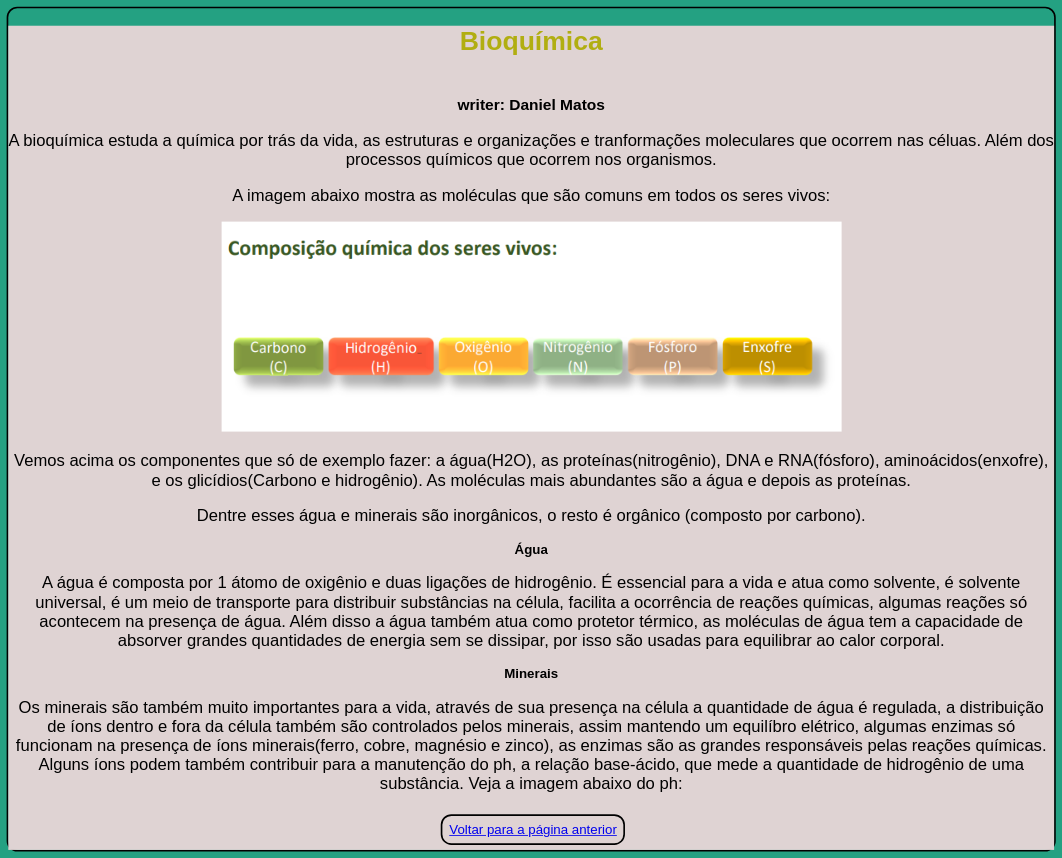
Repository: batmit/FutureFundation.github.io-1
Page: menu/articles/biologia/bioquimica.html
These files come from the project's save history. The page is drawn as it stood at one moment and after the next save; the edit follows.
The browser window is 1280 px wide. The pictures show the whole page, at 83% of full size.

Above is the page before, as saved 2021-09-22 18:06:45.

### menu/articles/biologia/bioquimica.html
<!DOCTYPE html>
<html lang="pt-BR">
<head>
    <meta charset="UTF-8">
    <meta http-equiv="X-UA-Compatible" content="IE=edge">
    <meta name="viewport" content="width=device-width, initial-scale=1.0">
    <title>Bioquímica</title>
    <link rel="stylesheet" href="/menu/main.css">
</head>
<body>
    <div id="all">
        <header>
            <h1>Bioquímica</h1>
            <h3>writer: Daniel Matos</h3>
        </header>
        <p>A bioquímica estuda a química por trás da vida, as estruturas e organizações e tranformações moleculares que ocorrem nas céluas. Além dos processos químicos que ocorrem nos organismos.</p>
        <p>A imagem abaixo mostra as moléculas que são comuns em todos os seres vivos: </p>

        <img src="/images/formação_seres_vivos.PNG" alt="Carbono, Hidrogênio, Oxigênio, Nitrogênio, Fósforo e Enxofre">

        <p>Vemos acima os componentes que só de exemplo fazer: a água(H2O), as proteínas(nitrogênio), DNA e RNA(fósforo), aminoácidos(enxofre), e os glicídios(Carbono e hidrogênio). As moléculas mais abundantes são a água e depois as proteínas. </p>

        <p>Dentre esses água e minerais são inorgânicos, o resto é orgânico (composto por carbono). </p>


        <strong>Água</strong>
        <p>A água é composta por 1 átomo de oxigênio e duas ligações de hidrogênio. É essencial para a vida e atua como solvente, é solvente universal, é um meio de transporte para distribuir substâncias na célula, facilita a ocorrência de reações químicas, algumas reações só acontecem na presença de água. Além disso a água também atua como protetor térmico, as moléculas de água tem a capacidade de absorver grandes quantidades de energia sem se dissipar, por isso são usadas para equilibrar ao calor corporal.</p>

        <strong>Minerais</strong>
        <p>Os minerais são também muito importantes para a vida, através de sua presença na célula a quantidade de água é regulada, a distribuição de íons dentro e fora da célula também são controlados pelos minerais, assim mantendo um equilíbro elétrico, algumas enzimas só funcionam na presença de íons minerais(ferro, cobre, magnésio e zinco), as enzimas são as grandes responsáveis pelas reações químicas. Alguns íons podem também contribuir para a manutenção do ph, a relação base-ácido, que mede a quantidade de hidrogênio de uma substância. Veja a imagem abaixo do ph:</p>
        <img src="" alt="">


        <a href="./biologia.html">Voltar para a página anterior</a>
    </div>
</body>
</html>

### menu/main.css
body{

    text-align: center;

    border: black 2px solid;

    border-radius: 0.8rem;

    font-family: 'Ubuntu', arial;

    background-color: rgb(36, 161, 130);


}

#articles {
    gap: 3px;
}

#all{

    background-color: rgb(223, 211, 211);

}


#codigo{
    text-align:left;

}


img{
    text-align: center;
    justify-content: center;

}

p{
    font-size: 20px;
    font-family: 'Ubuntu', arial;
}

a{
    border: 2px solid black;

    border-radius: 0.8rem;

    box-sizing: border-box;

    padding: 0.5rem;

    line-height:3rem;

    margin: 2px;


}

a:hover{

    background-color:#F0FFFF;

}

h1{

    margin-bottom: 3rem;

    color: rgb(177, 174, 17);

}

audio {
    -webkit-transition:all 0.5s linear;
    -moz-transition:all 0.5s linear;
    -o-transition:all 0.5s linear;
    transition:all 0.5s linear;
    -moz-box-shadow: 2px 2px 4px 0px #006773;
    -webkit-box-shadow:  2px 2px 4px 0px #006773;
    box-shadow: 2px 2px 4px 0px #006773;
    -moz-border-radius:7px 7px 7px 7px ;
    -webkit-border-radius:7px 7px 7px 7px ;
    border-radius:7px 7px 7px 7px ;
}

audio:hover, audio:focus, audio:active {

-webkit-box-shadow: 15px 15px 20px rgba(0,0, 0, 0.4);
-moz-box-shadow: 15px 15px 20px rgba(0,0, 0, 0.4);
box-shadow: 15px 15px 20px rgba(0,0, 0, 0.4);
-webkit-transform: scale(1.05);
-moz-transform: scale(1.05);
transform: scale(1.05);

}



@media (max-width: 900px) {


    a{

        display: block;
        line-height: 0.5rem;
        padding: 1rem;

    }

    #img{
        text-align: right;
    }

}

@media (prefers-color-scheme: dark) {
    #all{

        background-color: rgb(90, 73, 73);

    }

    h1{
        color: white
    }

    p{
        color: white;
    }

    a{
        background-color: aqua;
    }

    h3{
        color: white;
    }

    strong {
        color: white;
    }


}

After the next save:
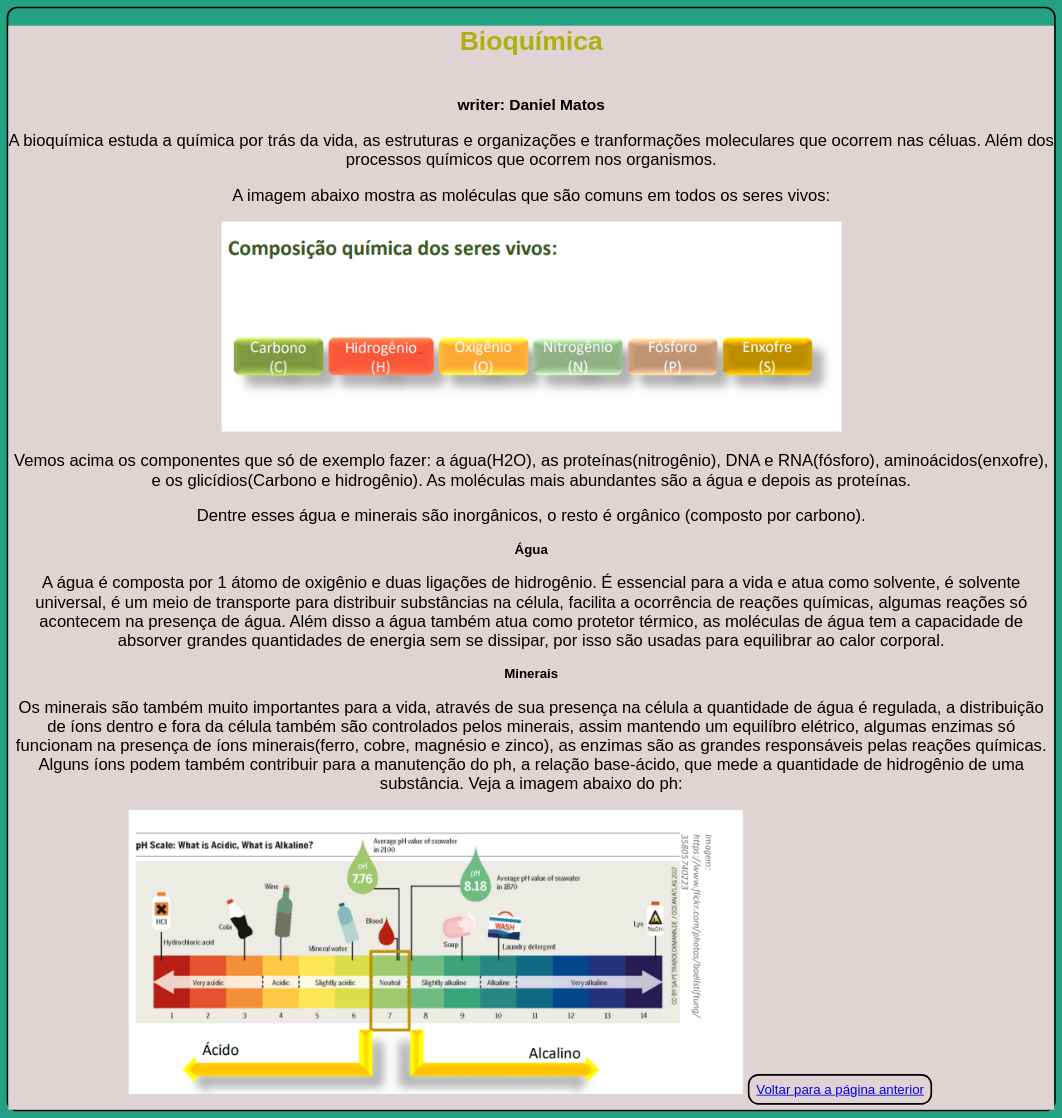
Saved 26 s later.
--- a/menu/articles/biologia/bioquimica.html
+++ b/menu/articles/biologia/bioquimica.html
@@ -28,7 +28,7 @@
 
         <strong>Minerais</strong>
         <p>Os minerais são também muito importantes para a vida, através de sua presença na célula a quantidade de água é regulada, a distribuição de íons dentro e fora da célula também são controlados pelos minerais, assim mantendo um equilíbro elétrico, algumas enzimas só funcionam na presença de íons minerais(ferro, cobre, magnésio e zinco), as enzimas são as grandes responsáveis pelas reações químicas. Alguns íons podem também contribuir para a manutenção do ph, a relação base-ácido, que mede a quantidade de hidrogênio de uma substância. Veja a imagem abaixo do ph:</p>
-        <img src="" alt="">
+        <img src="/images/ph.PNG" alt="">
 
 
         <a href="./biologia.html">Voltar para a página anterior</a>
